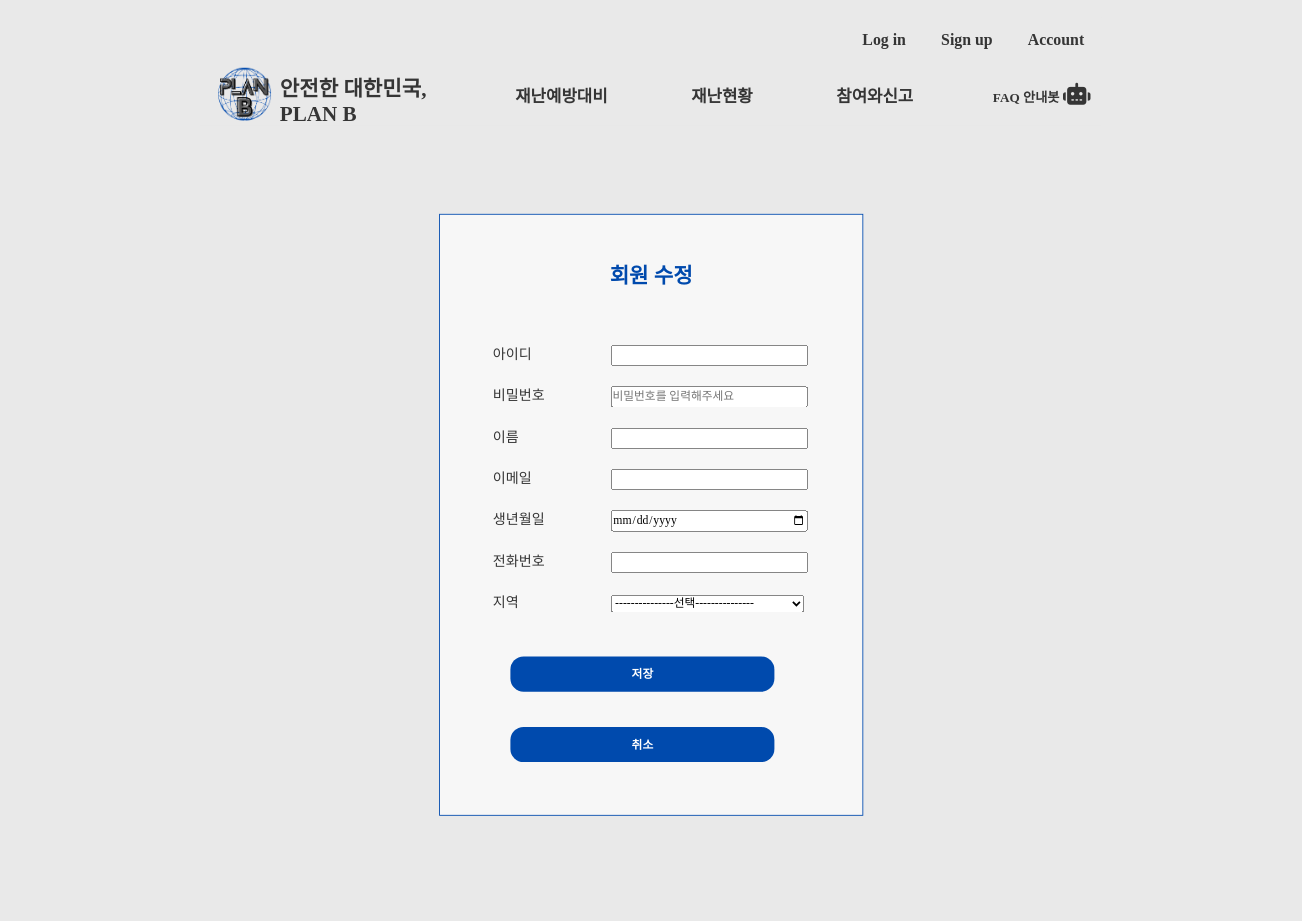
Repository: finalteam4/final
Page: http://localhost/member/update
An editor plug-in stored every save of this project. The page is shown before and after the next save, followed by the edit.
The browser window is 1280 px wide. The page is 1480 px wide, so the pictures cover 1480 px, including what lies to the right of the window. The pictures show the whole page, at 88% of full size.
Some web libraries are served in a nearby version. The page is this project's Thymeleaf template; nobody is signed in. The template is opened directly, without the code that normally fills it, so the values that code supplies are empty.

Above is the page before, as saved 2024-02-08 07:07:01.

After the next save:
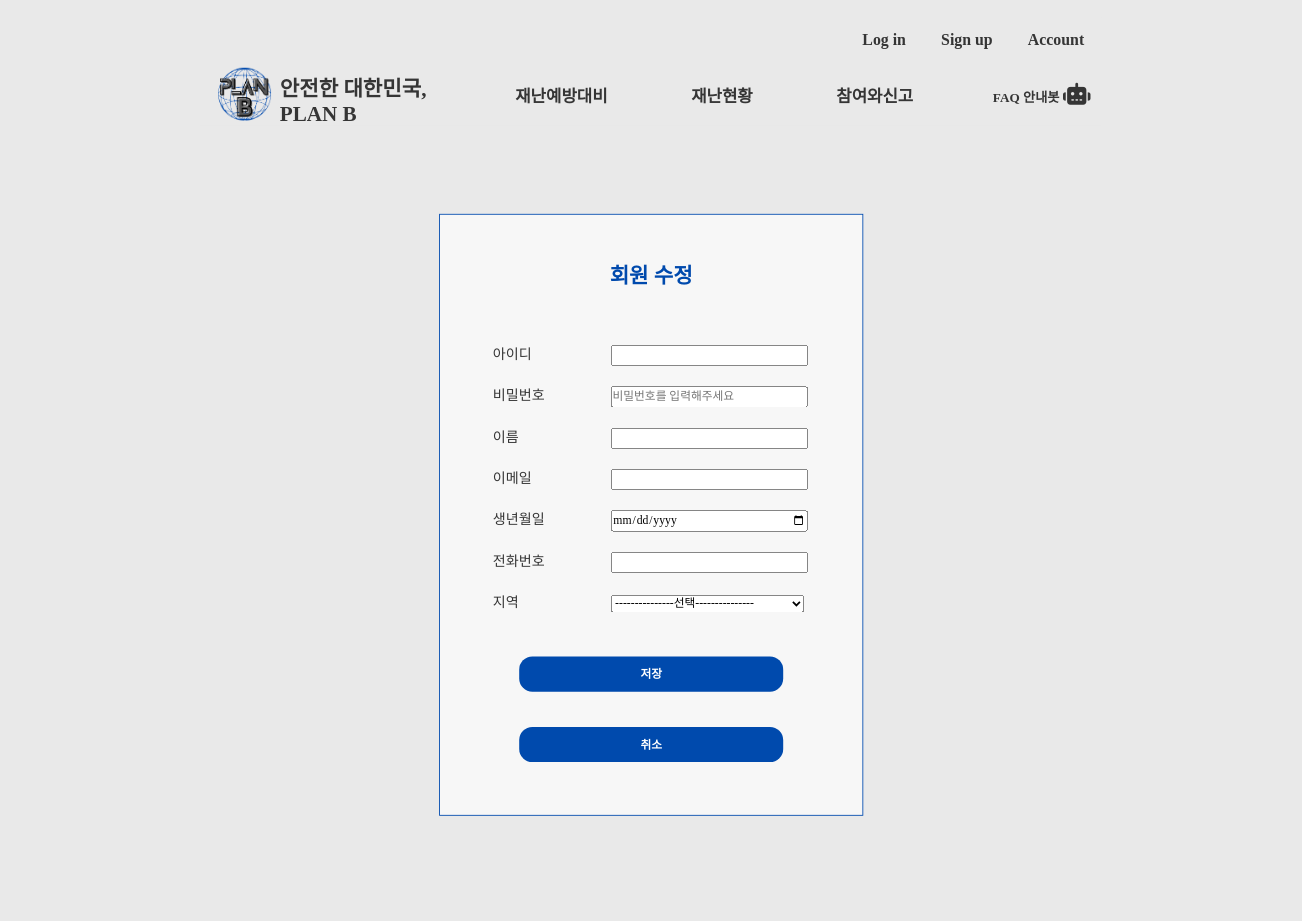
Saved 27 s later.
--- a/final/src/main/resources/static/css/style.css
+++ b/final/src/main/resources/static/css/style.css
@@ -301,7 +301,7 @@ ul li{list-style: none;}
   }
   #update #updatef{
     border-style: none;
-    margin: 20px 0 20px 40px;
+    margin: 20px 0 20px 50px;
     width: 300px;
     height: 40px;
     background-color: #004aad;
